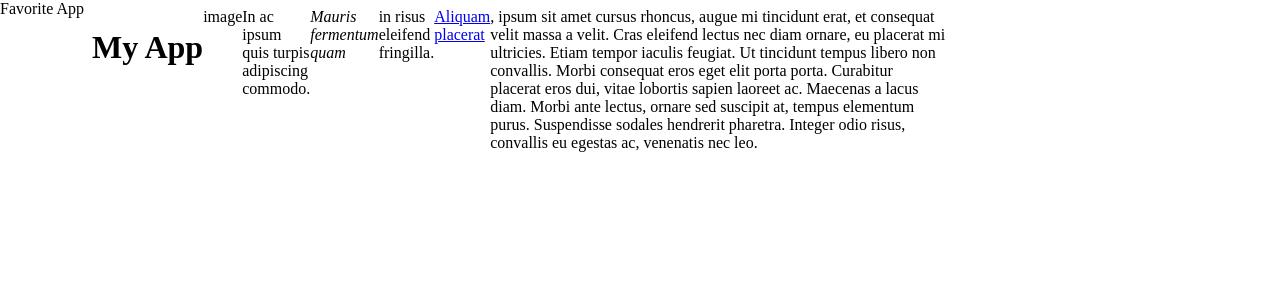
Repository: jmfrank63/FEWDNanoDegree
Page: project1/lesson1/portfolio/toplist/index.html
The author's editor kept a record of every edit. The page is drawn from the files as they stood at one moment, then again after the next edit.
The browser window is 1280 px wide. The pictures show the whole page.

Above is the page before.

### project1/lesson1/portfolio/toplist/index.html
<!DOCTYPE html>
<html>
    <head>
        <title>Favorite App</title>
        <link rel="stylesheet" href="style.css" type="text/css" />
    </head>
    <body>
        <h1 class="title">My App</h1>
        <div class="app">
            <div class="screenshot">image</div>
            <div class="description">In ac ipsum quis turpis adipiscing commodo. <em>Mauris fermentum quam</em> in risus eleifend fringilla. <a href="#">Aliquam placerat</a>, ipsum sit amet cursus rhoncus, augue mi tincidunt erat, et consequat velit massa a velit. Cras eleifend lectus nec diam ornare, eu placerat mi ultricies. Etiam tempor iaculis feugiat. Ut tincidunt tempus libero non convallis. Morbi consequat eros eget elit porta porta. Curabitur placerat eros dui, vitae lobortis sapien laoreet ac. Maecenas a lacus diam. Morbi ante lectus, ornare sed suscipit at, tempus elementum purus. Suspendisse sodales hendrerit pharetra. Integer odio risus, convallis eu egestas ac, venenatis nec leo.</div>
        </div>
    </body>
</html>

### project1/lesson1/portfolio/toplist/style.css
* {
    /*outline: 1px solid red !important;*/
    display: flex;
}

* {
    -webkit-box-sizing: border-box;
    -moz-box-sizing: border-box;
    -ms-box-sizing: border-box;
    box-sizing: border-box;
}

.screenshot {
    max-width: 640px;
}

.description {
    max-width: 705px;
}

After the next edit:
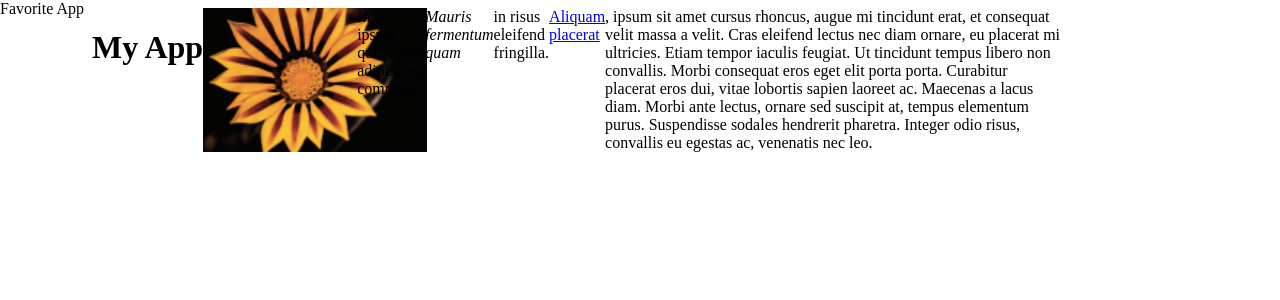
The edit:
--- a/project1/lesson1/portfolio/toplist/index.html
+++ b/project1/lesson1/portfolio/toplist/index.html
@@ -7,7 +7,9 @@
     <body>
         <h1 class="title">My App</h1>
         <div class="app">
-            <div class="screenshot">image</div>
+            <div class="screenshot">
+                <img src="app.png" alt="a bokeh image"></img>
+            </div>
             <div class="description">In ac ipsum quis turpis adipiscing commodo. <em>Mauris fermentum quam</em> in risus eleifend fringilla. <a href="#">Aliquam placerat</a>, ipsum sit amet cursus rhoncus, augue mi tincidunt erat, et consequat velit massa a velit. Cras eleifend lectus nec diam ornare, eu placerat mi ultricies. Etiam tempor iaculis feugiat. Ut tincidunt tempus libero non convallis. Morbi consequat eros eget elit porta porta. Curabitur placerat eros dui, vitae lobortis sapien laoreet ac. Maecenas a lacus diam. Morbi ante lectus, ornare sed suscipit at, tempus elementum purus. Suspendisse sodales hendrerit pharetra. Integer odio risus, convallis eu egestas ac, venenatis nec leo.</div>
         </div>
     </body>
